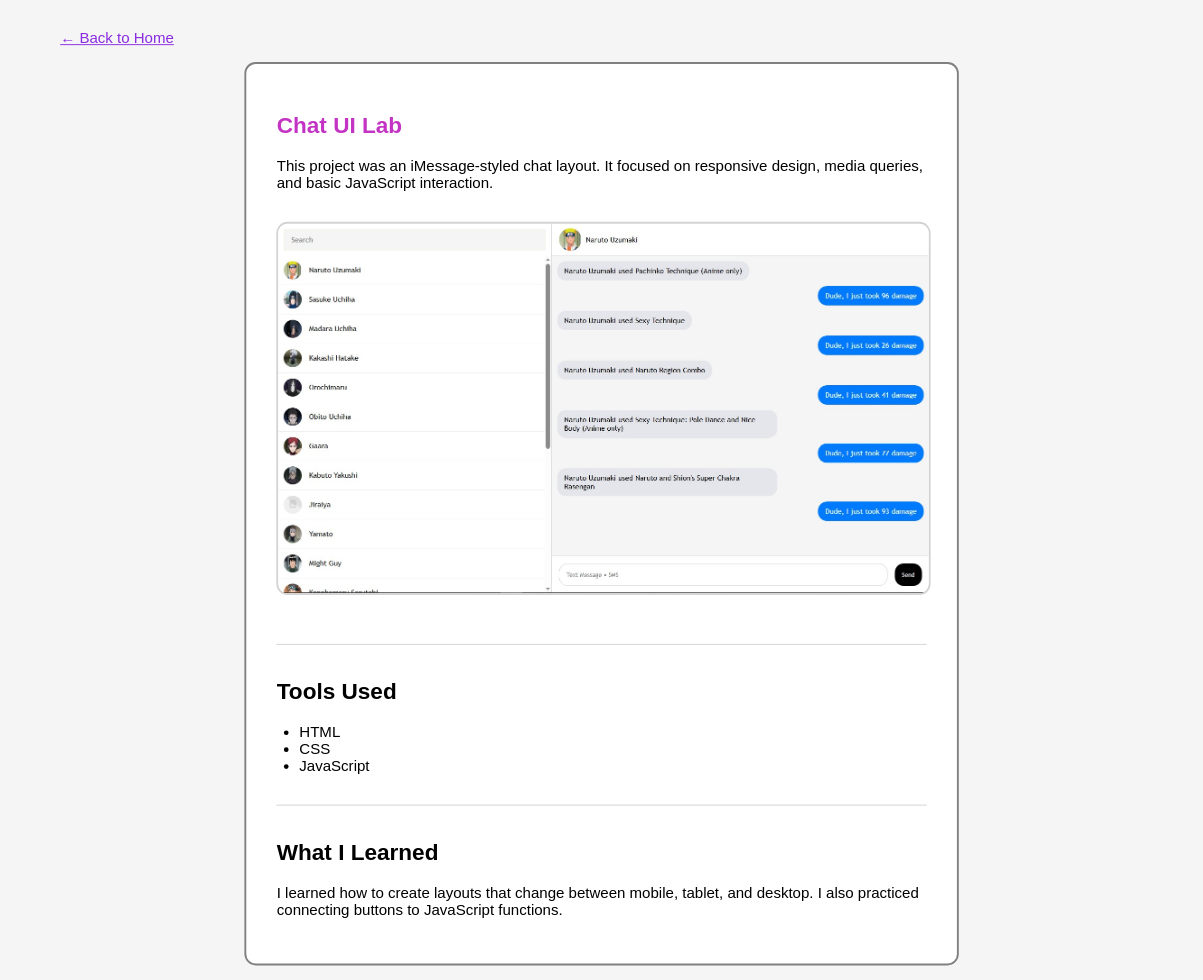
Repository: rayyan-qadeer/rayyan-qadeer
Page: pages/chat-ui.html
These files come from the project's save history. The page is drawn as it stood at one moment and after the next save; the edit follows.
The browser window is 1280 px wide. The pictures show the whole page, at 94% of full size.

Above is the page before, as saved 2026-05-20 19:48:26.

### pages/chat-ui.html
<!doctype html>
<html lang="en">
  <head>
    <meta charset="UTF-8" />
    <meta name="viewport" content="width=device-width, initial-scale=1.0" />
    <title>Chat UI Lab</title>
    <link rel="stylesheet" href="../styles/globals.css" />
    <link rel="stylesheet" href="../styles/project.css" />
  </head>
  <body>
    <main>
      <a class="back-link" href="../index.html">← Back to Home</a>

      <article class="project-detail">
        <h1>Chat UI Lab</h1>
        <p>
          This project was an iMessage-styled chat layout. It focused on
          responsive design, media queries, and basic JavaScript interaction.
        </p>

        <img
          class="project-image"
          src="../assets/images/chat-ui-preview.jpg"
          alt="Screenshot of the Chat UI Lab project"
        />

        <section class="project-section">
          <h2>Tools Used</h2>
          <ul>
            <li>HTML</li>
            <li>CSS</li>
            <li>JavaScript</li>
          </ul>
        </section>

        <section class="project-section">
          <h2>What I Learned</h2>
          <p>
            I learned how to create layouts that change between mobile, tablet,
            and desktop. I also practiced connecting buttons to JavaScript
            functions.
          </p>
        </section>
      </article>
    </main>
  </body>
</html>

### styles/globals.css
body {
  margin: 0rem;
  font-family: Arial, Helvetica, sans-serif;
  background-color: whitesmoke;
  color: black;
}

header h1 {
  font-size: 3rem;
  margin-bottom: 0.5rem;
  color: rgb(196, 52, 196);
}

### styles/project.css
main {
  padding: 1rem;
  max-width: 90%;
  margin: 0 auto;
}

.back-link {
  display: inline-block;
  margin: 1rem 0;
  color: blueviolet;
}

.project-detail {
  background-color: white;
  padding: 2rem;
  border: 2px solid gray;
  border-radius: 12px;
  margin-top: 2rem;
}

.project-detail h1 {
  color: rgb(196, 52, 196);
}

.project-section {
  margin-top: 2rem;
  border-top: 1px solid lightgray;
  padding-top: 1rem;
}

.project-section ul {
  padding-left: 1.5rem;
}

.project-image {
  width: 100%;
  height: auto;
  object-fit: cover;
  border-radius: 12px;
  border: 2px solid lightgray;
  margin: 1rem 0;
}

@media (min-width: 768px) {
  .project-detail {
    max-width: 80%;
    margin: 0 auto;
  }
}

@media (min-width: 1024px) {
  .project-detail {
    max-width: 60%;
  }
}

After the next save:
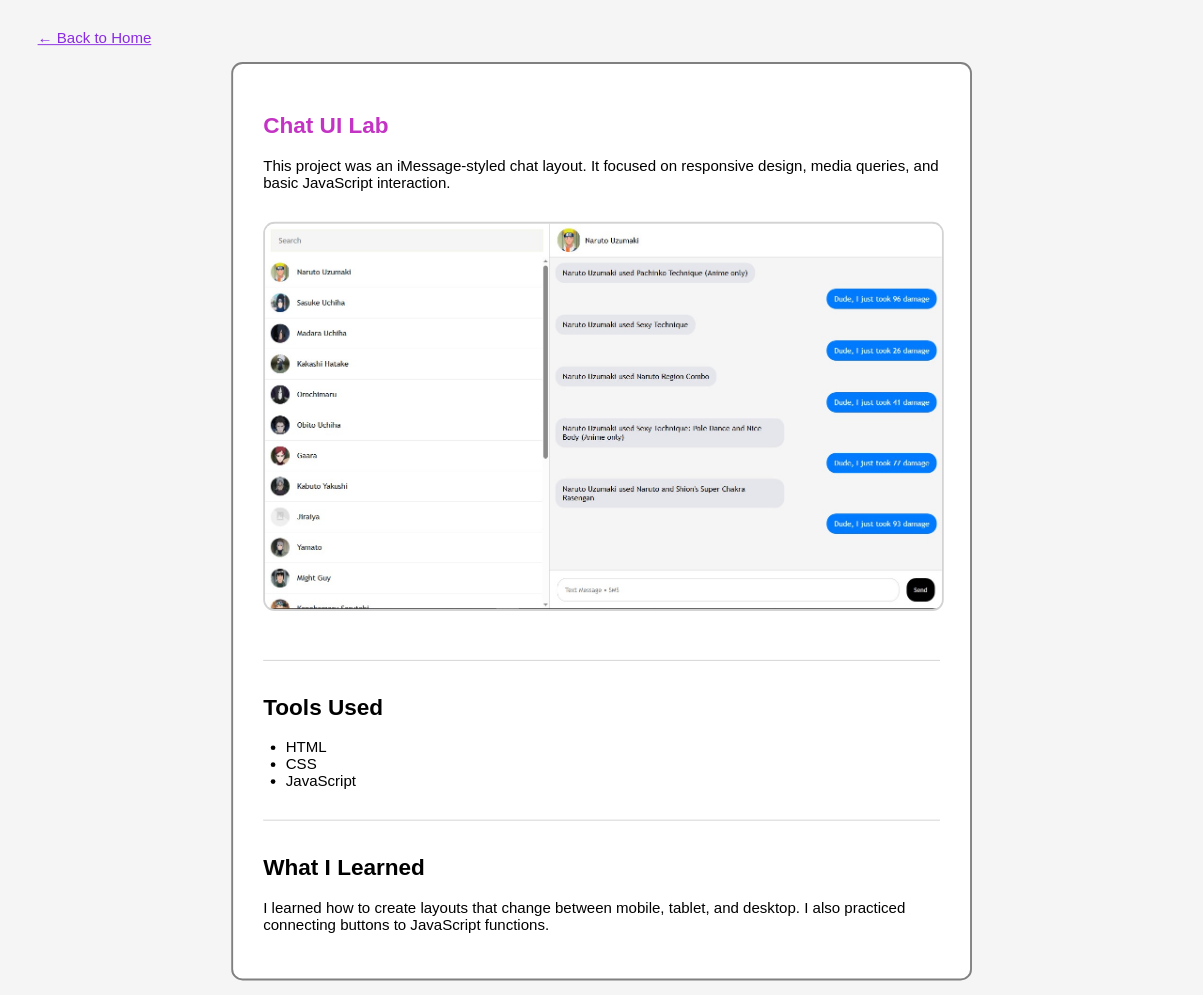
Saved 51 s later.
--- a/styles/project.css
+++ b/styles/project.css
@@ -1,6 +1,6 @@
 main {
   padding: 1rem;
-  max-width: 90%;
+  max-width: 1200px;
   margin: 0 auto;
 }
 
